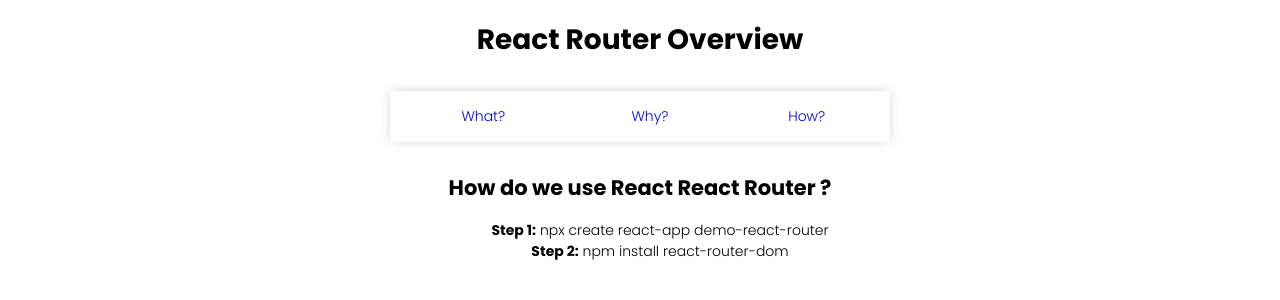
Repository: nguy3nds/2021-18-9-react
Page: /How
The author's editor kept a copy of each file at every save. The page is drawn from the files as they stood at one save, then again after the next save.
The browser window is 1280 px wide. The pictures show the whole page.
The project was rebuilt for these pictures with package versions that can differ from the ones it lists, and the page was loaded fresh each time. Also part of the build but not shown: src/components/What.js, src/components/How.js.

Above is the page before, as saved 2021-09-19 06:40:00.

After the next save:
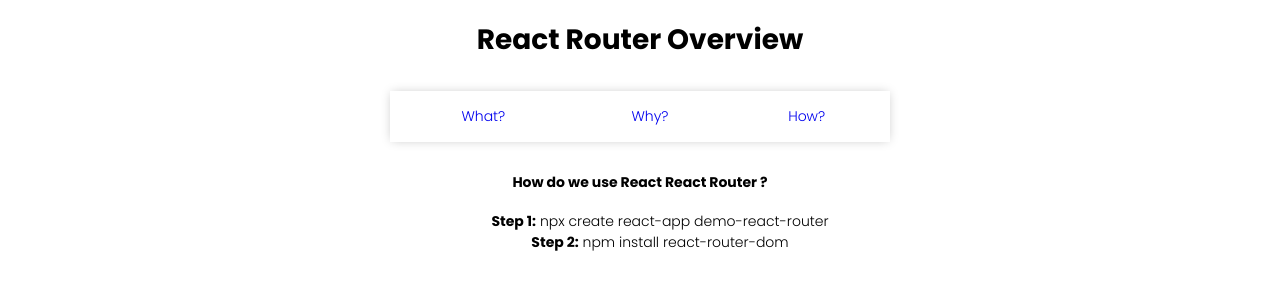
Saved 15 s later.
--- a/src/components/Why.js
+++ b/src/components/Why.js
@@ -1,7 +1,7 @@
 export default function Why() {
   return (
     <div>
-      <h2>How do we use React React Router ?</h2>
+      <h4>How do we use React React Router ?</h4>
       <ul>
         <li>
           <b>Step 1:</b> npx create react-app demo-react-router
